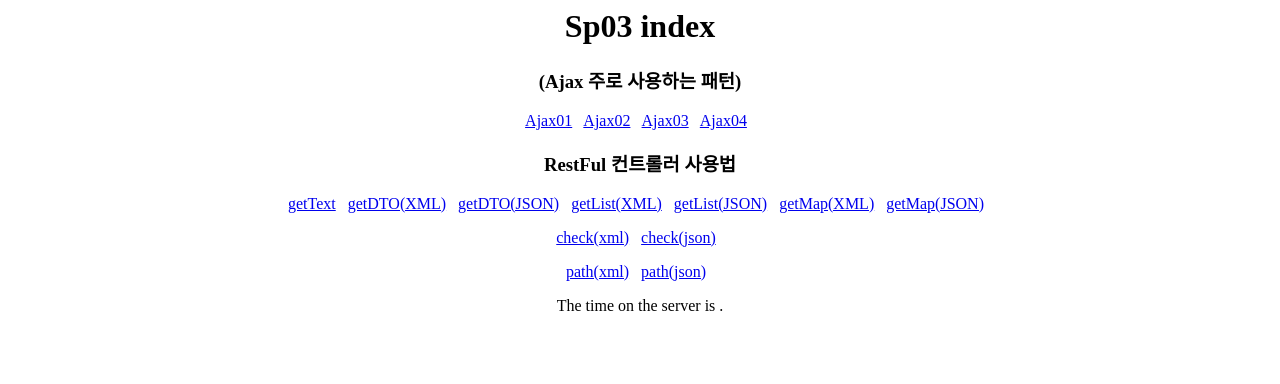
Repository: betweenhj702/Spring-practice-in-bit
Page: http://localhost/Sp03/WEB-INF/views/index.jsp
The author's editor kept a copy of each file at every save. The page is drawn from the files as they stood at one save, then again after the next save.
The browser window is 1280 px wide. The pictures show the whole page.
The page is served by Tomcat 9. Nobody is signed in. The template is opened directly, without the code that normally fills it, so the values that code supplies are empty.

Above is the page before, as saved 2021-01-25 09:32:08.

After the next save:
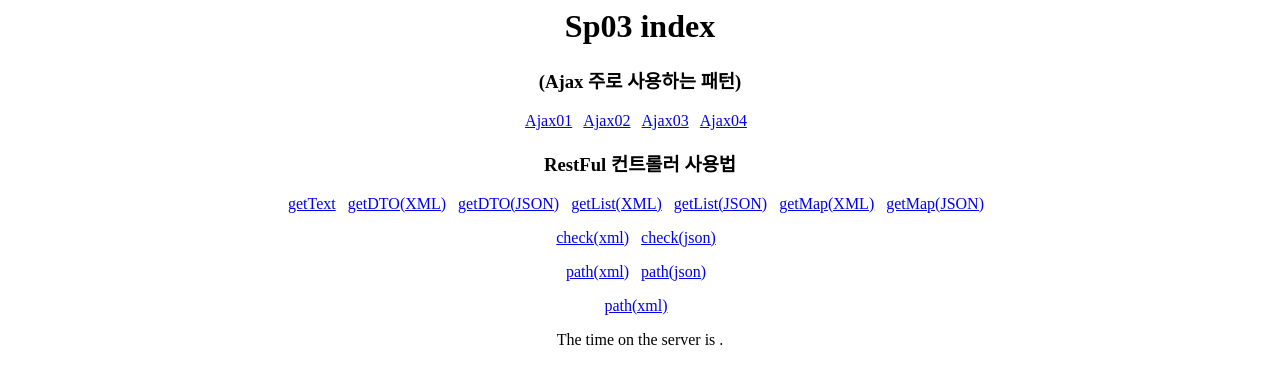
Saved 39 s later.
--- a/workspace/Sp03/src/main/webapp/WEB-INF/views/index.jsp
+++ b/workspace/Sp03/src/main/webapp/WEB-INF/views/index.jsp
@@ -32,6 +32,10 @@
 		   		<a href="rest/product/bag/001">path(xml)</a>&nbsp;&nbsp;
 		   		<a href="rest/product/bag/002.json">path(json)</a>&nbsp;&nbsp;
 		   </p>
+		   <p>
+		   		<a href="ajax/requestbody.do">path(xml)</a>&nbsp;&nbsp;
+
+		   </p>
 		   <P>  The time on the server is ${serverTime}. </P>
 </div>
 
